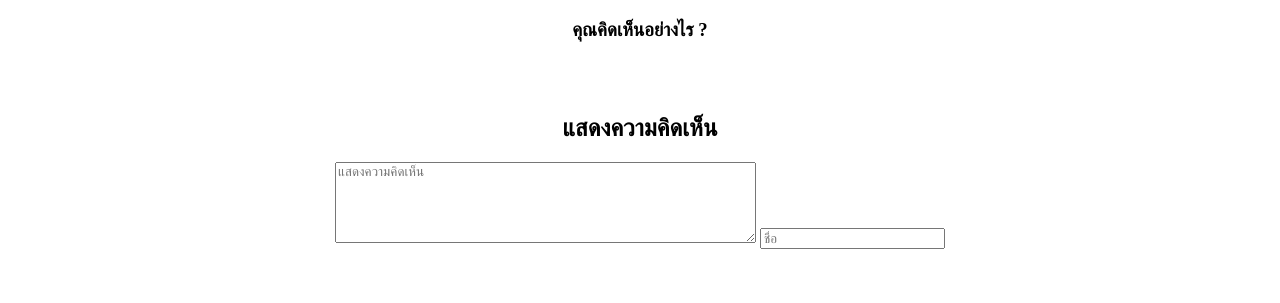
Repository: Wanaratkhamla/LabJavaWeb
Page: http://localhost/TestLabinMidterm/
An editor plug-in stored every save of this project. The page is shown before and after the next save, followed by the edit.
The browser window is 1280 px wide. The pictures show the whole page.
The page is served by Tomcat 9. Other server files are loaded and not shown. Queries for data that is not in the repository find no rows.

Above is the page before, as saved 2017-02-28 11:59:02.

### TestLabinMidterm/WebContent/index.jsp
<%@page import="java.sql.SQLException"%>
<%@page import="java.sql.ResultSet"%>
<%@page import="java.sql.DriverManager"%>
<%@page import="java.sql.Statement"%>
<%@page import="java.sql.Connection"%>
<%@ page contentType="text/html; charset=utf-8" pageEncoding="utf-8"%>
<!DOCTYPE html PUBLIC "-//W3C//DTD HTML 4.01 Transitional//EN" "http://www.w3.org/TR/html4/loose.dtd">
<html>
<head>
<meta http-equiv="Content-Type" content="text/html; charset=ISO-8859-1">
<meta content="utf-8">
<title>แสดงความคิดเห็น</title>
</head>
<body>

	<h3 align="center">คุณคิดเห็นอย่างไร ?</h3>
	<br>
	<%
		Connection connect = null;
		Statement s = null;

		try {
			Class.forName("com.mysql.jdbc.Driver");
			connect = DriverManager
					.getConnection("jdbc:mysql://localhost/forum?characterEncoding=utf-8" + "&user=root&password=");
			s = connect.createStatement();

			String sql = "SELECT * FROM forum";

			ResultSet forum = s.executeQuery(sql);
			while ((forum != null) && (forum.next())) {
	%>
	<p align="center">
		<i> <%=forum.getString("detail")%></i>
	</p>
	<p align="center">
		<i> โดย <%=forum.getString("author")%> <%=forum.getInt("post_date")%></i>
	</p>
	<p align="center">
		<i> <%=forum.getInt("love")%> <a
			href="ForumController?action=updatelove&fid=<%=forum.getInt("fid")%>&update=<%=forum.getInt("love") + 1%>">love</a></i>
	</p>
	<br>
	<br>
	<br>


	<%
		}
		} catch (Exception e) {
			// TODO Auto-generated catch block
			out.println(e.getMessage());
			e.printStackTrace();
		}

		try {
			if (s != null) {
				s.close();
				connect.close();
			}
		} catch (SQLException e) {
			// TODO Auto-generated catch block
			out.println(e.getMessage());
			e.printStackTrace();
		}
	%>

	<br>


	<div align="center">
		<form action="ForumController">
			<h2 align="center">แสดงความคิดเห็น</h2>
			<input type="hidden" name="action" value="insertForum">
			<textarea rows="5" cols="50" placeholder="แสดงความคิดเห็น"></textarea>
			<input type="text" name="username" placeholder="ชื่อ">
		</form>
	</div>

</body>
</html>

After the next save:
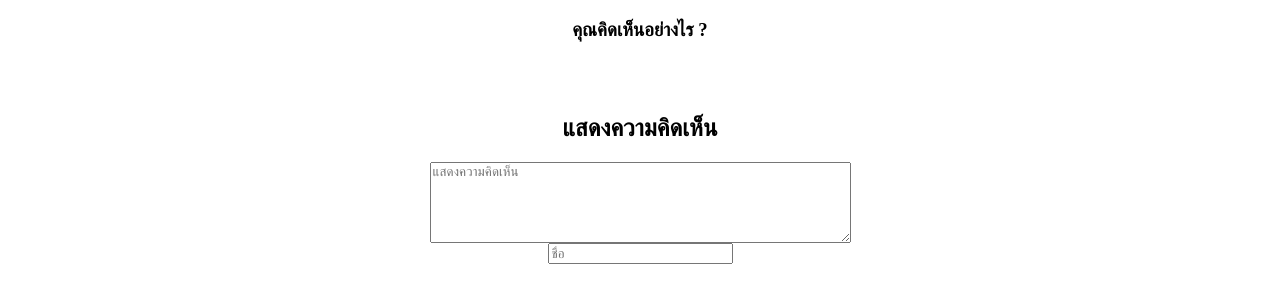
Saved 15 s later.
--- a/TestLabinMidterm/WebContent/index.jsp
+++ b/TestLabinMidterm/WebContent/index.jsp
@@ -72,7 +72,7 @@
 		<form action="ForumController">
 			<h2 align="center">แสดงความคิดเห็น</h2>
 			<input type="hidden" name="action" value="insertForum">
-			<textarea rows="5" cols="50" placeholder="แสดงความคิดเห็น"></textarea>
+			<textarea rows="5" cols="50" placeholder="แสดงความคิดเห็น"></textarea><br>
 			<input type="text" name="username" placeholder="ชื่อ">
 		</form>
 	</div>
